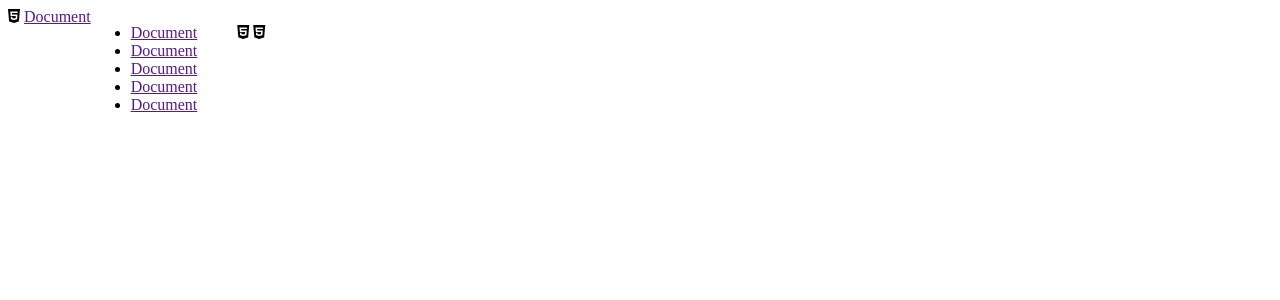
Repository: GoodHoneyCake/Dream_Coding_Academy2
Page: index.html
The author's editor kept a copy of each file at every save. The page is drawn from the files as they stood at one save, then again after the next save.
The browser window is 1280 px wide. The pictures show the whole page.
Some web libraries are served in a nearby version.

Above is the page before, as saved 2021-01-07 16:25:27.

After the next save:
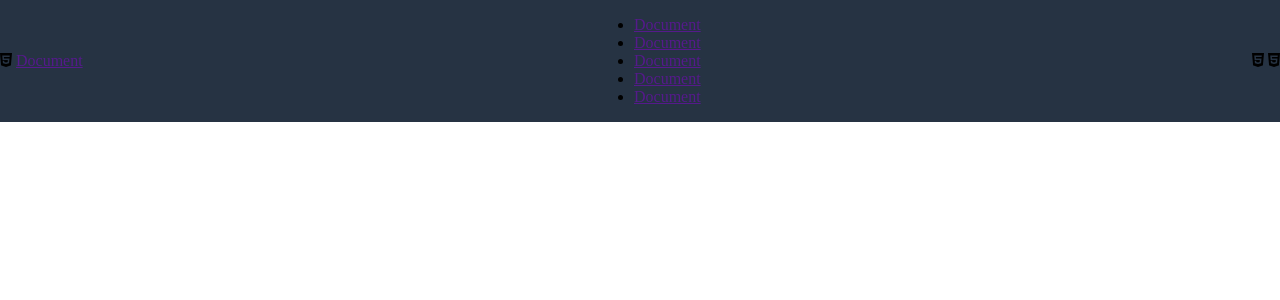
Saved 54 s later.
--- a/style.css
+++ b/style.css
@@ -1,3 +1,10 @@
+body {
+  margin: 0;
+}
+
 .navbar {
   display: flex;
+  justify-content: space-between;
+  align-items: center;
+  background-color: #263343;
 }
